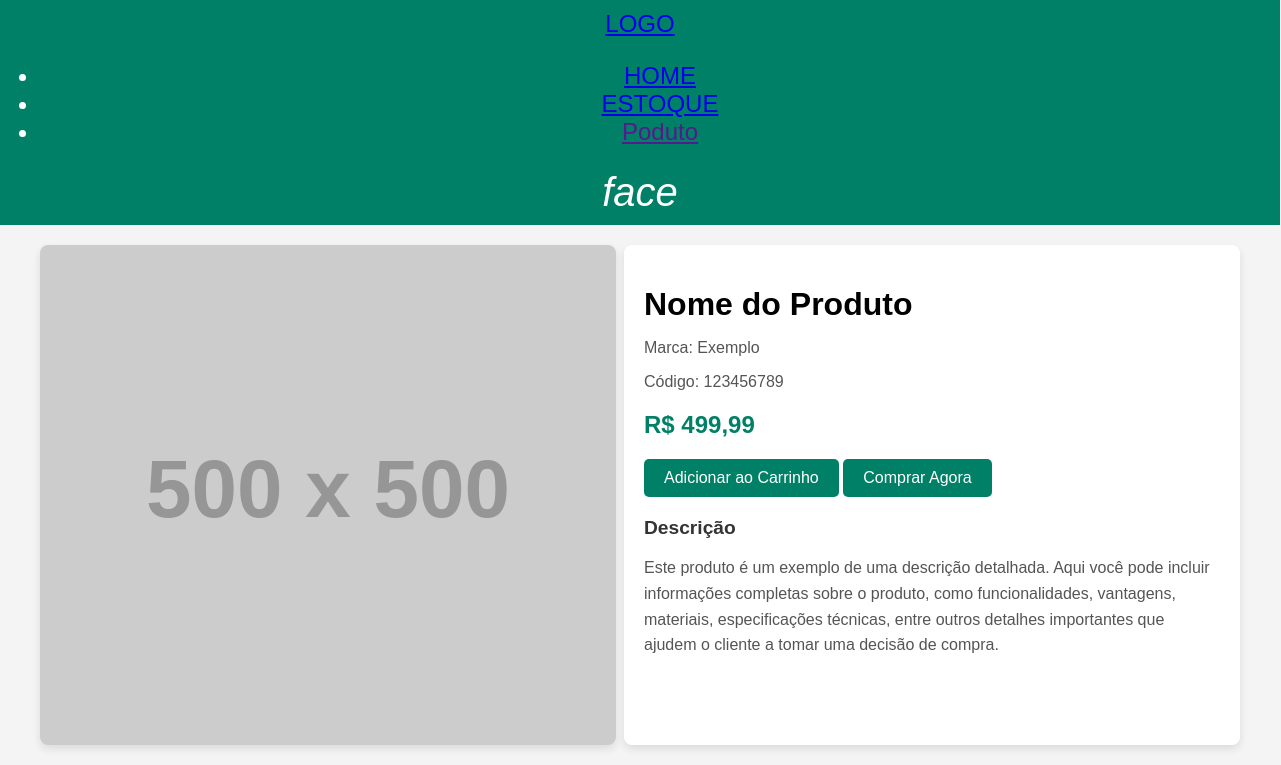
Repository: KleilsonDJ/Proj.PI_BD
Page: http://localhost/Home/Produto
An editor plug-in stored every save of this project. The page is shown before and after the next save, followed by the edit.
The browser window is 1280 px wide. The page is 1280 px wide, then 1281 px, so the pictures cover 1281 px, including what lies to the right of the window. The pictures show the whole page.
The page is this project's Thymeleaf template; nobody is signed in. The template is opened directly, without the code that normally fills it, so the values that code supplies are empty.

Above is the page before, as saved 2024-11-28 13:30:18.
Not found: Proj.PI_BD-main/Home/styles.css

### Proj.PI_BD-main/src/main/resources/templates/Home/Produto.html
<!DOCTYPE html>
<html lang="pt-br">
<head>
    <meta charset="UTF-8">
    <meta name="viewport" content="width=device-width, initial-scale=1.0">
    <title>Detalhes do Produto</title>
    <link rel="stylesheet" href="styles.css"> <!-- Arquivo de estilo externo, se necessário -->
    <style>
        /* Estilos gerais da página */
        body {
            font-family: Arial, sans-serif;
            margin: 0;
            padding: 0;
            background-color: #f4f4f4;
        }

        header {
            background-color: #008066;
            color: white;
            padding: 10px 0;
            text-align: center;
            font-size: 1.5rem;
        }

        /* Estilos do container principal */
        .product-container {
            max-width: 1200px;
            margin: 20px auto;
            display: flex;
            flex-wrap: wrap;
            justify-content: space-between;
        }

        /* Estilos da imagem do produto */
        .product-image {
            width: 48%;
            max-height: 500px;
            object-fit: cover;
            border-radius: 8px;
            box-shadow: 0 4px 8px rgba(0, 0, 0, 0.1);
        }

        /* Estilos para a descrição e informações do produto */
        .product-details {
            width: 48%;
            background-color: white;
            padding: 20px;
            border-radius: 8px;
            box-shadow: 0 4px 8px rgba(0, 0, 0, 0.1);
        }

        .product-details h1 {
            font-size: 2rem;
            margin-bottom: 15px;
        }

        .product-details p {
            font-size: 1rem;
            color: #555;
        }

        .product-details .price {
            font-size: 1.5rem;
            font-weight: bold;
            color: #008066;
            margin: 20px 0;
        }

        .product-details .add-to-cart {
            background-color: #008066;
            color: white;
            padding: 10px 20px;
            border: none;
            border-radius: 5px;
            cursor: pointer;
            font-size: 1rem;
            transition: background-color 0.3s;
        }

        .product-details .add-to-cart:hover {
            background-color: #006d4e;
        }

        /* Estilos para a descrição detalhada */
        .description {
            margin-top: 20px;
        }

        .description h2 {
            font-size: 1.2rem;
            color: #333;
            margin-bottom: 10px;
        }

        .description p {
            font-size: 1rem;
            line-height: 1.6;
            color: #555;
        }

        /* Responsividade para telas menores */
        @media (max-width: 768px) {
            .product-container {
                flex-direction: column;
                align-items: center;
            }

            .product-image, .product-details {
                width: 80%;
            }
        }
    </style>
</head>
<body>

   <!-- Cabeçalho -->
<header th:replace="~{Menu_Funcionario :: Menu_Funcionario}"></header> <!-- Substitui por um fragmento Thymeleaf -->


    <!-- Contêiner principal do produto -->
    <div class="product-container">
        <!-- Imagem do Produto -->
        <img src="https://via.placeholder.com/500" alt="Produto Exemplo" class="product-image">

        <!-- Detalhes do Produto -->
        <div class="product-details">
            <h1>Nome do Produto</h1>
            <p>Marca: Exemplo</p>
            <p>Código: 123456789</p>
            <p class="price">R$ 499,99</p>

            <!-- Botões de ação -->
            <button class="add-to-cart">Adicionar ao Carrinho</button>
            <button class="add-to-cart">Comprar Agora</button>

            <!-- Descrição do Produto -->
            <div class="description">
                <h2>Descrição</h2>
                <p>Este produto é um exemplo de uma descrição detalhada. Aqui você pode incluir informações completas sobre o produto, como funcionalidades, vantagens, materiais, especificações técnicas, entre outros detalhes importantes que ajudem o cliente a tomar uma decisão de compra.</p>
            </div>
        </div>
    </div>

</body>
</html>

### Proj.PI_BD-main/src/main/resources/templates/Menu_Funcionario.html
<!DOCTYPE html>
<html xmlns:th="http://www.thymeleaf.org" lang="pt-BR">
<head>
  <!-- Metadados básicos -->
  <meta charset="UTF-8"> <!-- Define a codificação de caracteres como UTF-8 -->
  <meta name="viewport" content="width=device-width, initial-scale=1.0"> <!-- Responsivo para dispositivos móveis -->


  <link href="https://fonts.googleapis.com/icon?family=Material+Icons" rel="stylesheet">
</head>
<body>
  <!-- Cabeçalho do menu -->
  <header th:fragment="Menu_Funcionario"> <!-- Fragmento Thymeleaf chamado "Menu_Funcionario" -->

    <!-- Logo -->
    <a href="/" class="logo">LOGO</a>

    <!-- Navegação -->
    <nav>
      <ul>
        <li><a href="/home">HOME</a></li> <!-- Link para a página inicial -->
        <li><a href="/Estoque">ESTOQUE</a></li> <!-- Link para a página de estoque -->
        <li><a href="">Poduto</a></li> <!-- Link ou indicação de login -->
      </ul>
    </nav>

    <!-- Ícone decorativo "globe" -->
    <div class="globe">
        <i class="material-icons" style="font-size: 40px;">face</i> <!-- Ícone de face -->
    </div>
  </header>
</body>
</html>

### Proj.PI_BD-main/src/main/resources/static/Menu_Estilo.css
 body {
      margin: 0;
      font-family: sans-serif;
    }

    header {
      background: linear-gradient(to right, #00221B, #008066);
      padding: 20px;
      color: #fff;
      display: flex;
      justify-content: space-between;
      align-items: center;
    }

    .logo {
      font-size: 24px;
      font-weight: bold;
      text-transform: uppercase;
      text-decoration: none; /* Remover o sublinhado padrão de links */
      color: #fff; /* Cor do texto */
    }

    nav {
      display: flex;
      margin-left: auto;
    }

    nav ul {
      list-style: none;
      margin: 0;
      padding: 0;
      display: flex;
    }

    nav li {
      margin-left: 20px;
    }

    nav a {
      text-decoration: none;
      color: #fff;
      text-transform: uppercase;
      position: relative;
      padding: 5px;
      transition: background-color 0.3s;
    }

    nav a:hover {
      background: linear-gradient(to right, #00BFFF, #00FF7F);
      color: #fff;
      border-radius: 5px;
    }

    .globe {
      width: 30px;
      height: 30px;
      border-radius: 50%;
      border: 2px solid #fff;
      display: flex;
      justify-content: center;
      align-items: center;
      margin-right: 20px;
      position: relative;
    }

    .globe::before,
    .globe::after {
      content: "";
      width: 12px;
      height: 2px;
      background-color: #fff;
      position: absolute;
    }

    .globe::before {
      transform: rotate(45deg);
    }

    .globe::after {
      transform: rotate(-45deg);
    }

After the next save:
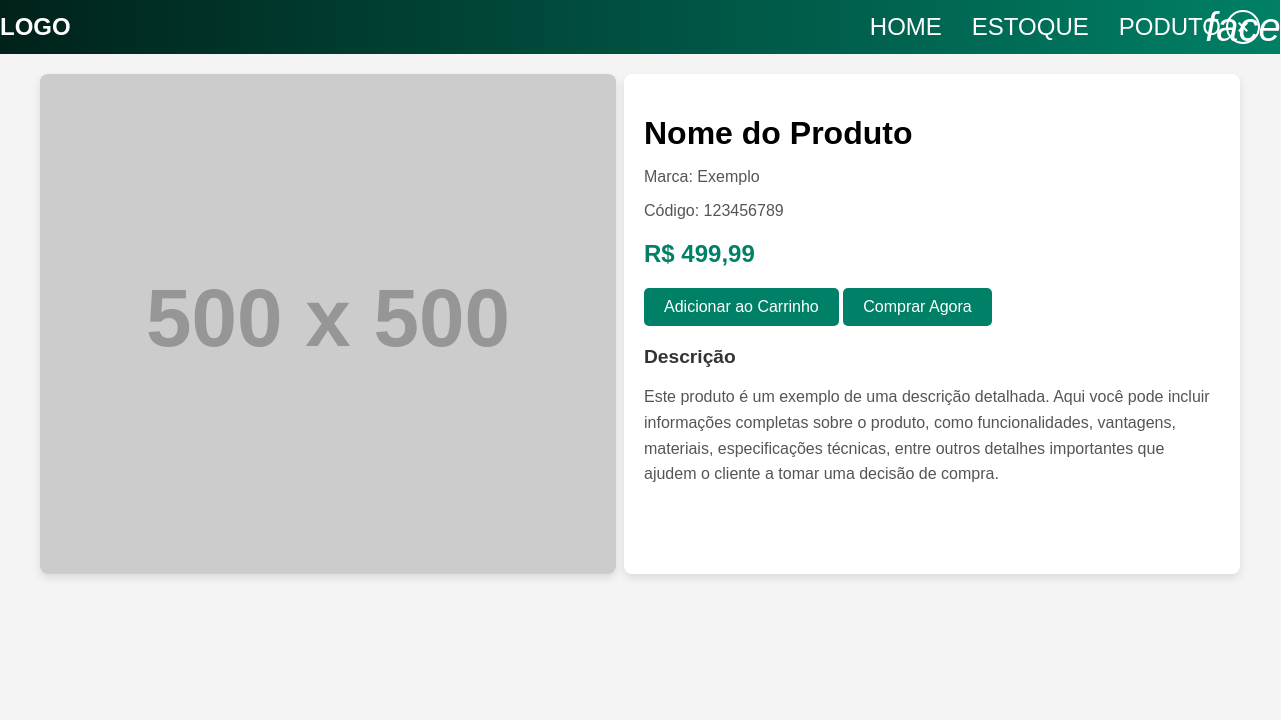
Saved 2 h 45 min later.
--- a/Proj.PI_BD-main/src/main/resources/templates/Home/Produto.html
+++ b/Proj.PI_BD-main/src/main/resources/templates/Home/Produto.html
@@ -4,7 +4,8 @@
     <meta charset="UTF-8">
     <meta name="viewport" content="width=device-width, initial-scale=1.0">
     <title>Detalhes do Produto</title>
-    <link rel="stylesheet" href="styles.css"> <!-- Arquivo de estilo externo, se necessário -->
+    <!-- Arquivo de estilo externo -->
+    <link rel="stylesheet" type="text/css" href="/Menu_Estilo.css">
     <style>
         /* Estilos gerais da página */
         body {
